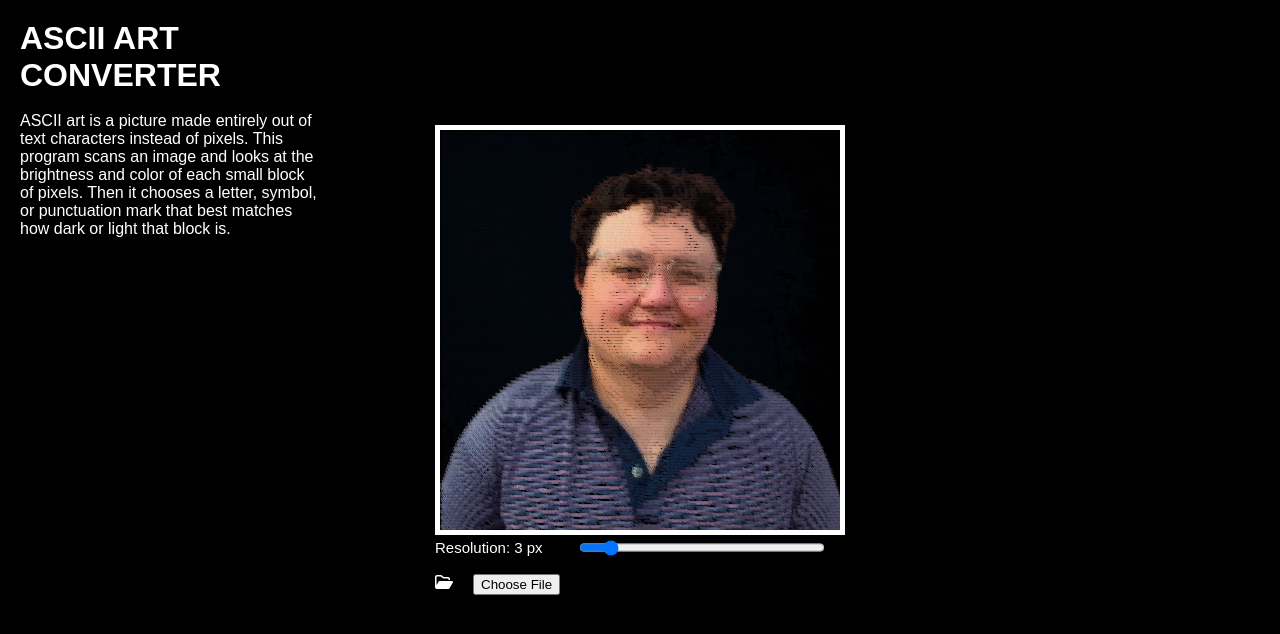
Repository: rosieomusic/ascii-art
Page: index.html
The author's editor kept a copy of each file at every save. The page is drawn from the files as they stood at one save, then again after the next save.
The browser window is 1280 px wide. The pictures show the whole page.
Some web libraries are served in a nearby version.

Above is the page before, as saved 2025-05-06 16:31:27.

### index.html
<!DOCTYPE html>
<html>
	<head>
		<meta charset="UTF-8" />
		<meta
			http-equiv="X-UA-Compatible"
			content="IE-edge"
		/>
		<title>ASCII CONVERTER</title>
		<link
			rel="stylesheet"
			href="styles.css"
		/>
		<script
			src="https://kit.fontawesome.com/56e0d45a0e.js"
			crossorigin="anonymous"
		></script>
	</head>
	<body>
		<div class="container">
			<canvas id="canvas1"></canvas>
			<div class="controls">
				<label
					for="resolution"
					id="resolutionLabel"
					>Resolution 5 px</label
				>
				<input
					type="range"
					id="resolution"
					name="resolution"
					min="1"
					max="20"
					value="3"
				/>
			</div>
			<br />
			<div id="upload">
				<i class="fa-regular fa-folder-open"></i>
				<input
					type="file"
					id="imageUpload"
					accept="image/*"
				/>
				<pre id="ascii-output"></pre>
				<canvas
					id="canvas2"
					style="display: none"
				></canvas>
			</div>
		</div>
		<div id="explaination">
			<h1>ASCII ART CONVERTER</h1>
			<br />
			<p>
				ASCII art is a picture made entirely out of text characters instead of
				pixels. This program scans an image and looks at the brightness and
				color of each small block of pixels. Then it chooses a letter, symbol,
				or punctuation mark that best matches how dark or light that block is.
			</p>
			<br />
			<p></p>
		</div>

		<script src="script.js"></script>
	</body>
</html>

### styles.css
* {
	margin: 0;
	padding: 0;
	/* box-sizing: border-box; */
}
body {
	background: black;
}
.container {
	position: absolute;
	top: 50%;
	left: 50%;
	transform: translate(-50%, -50%);
}
#canvas1 {
	border: 5px solid white;
}
.controls {
	display: flex;
}
.controls > input {
	width: 60%;
}
.controls > label {
	font-family: Arial, Helvetica, sans-serif;
	width: 35%;
	color: white;
	font-size: 15px;
}
i {
	color: white;
	margin-right: 20px;
}
#upload {
	display: flex;
}
button {
	border-radius: 20px;
}

#explaination {
	font-family: Arial, Helvetica, sans-serif;
	margin: 20px;
	width: 300px;
	color: white;
}

### script.js
const inputSlider = document.getElementById('resolution');
const inputLabel = document.getElementById('resolutionLabel');
const canvas = document.getElementById('canvas1');
const ctx = canvas.getContext('2d');

const image1 = new Image();
image1.src = 'img/roseomalleyheadshotblack.png';
inputSlider.addEventListener('change', handleSlider);

const imageUpload = document.getElementById('imageUpload');

imageUpload.addEventListener('change', function (event) {
	const file = event.target.files[0];
	if (!file) return;

	const reader = new FileReader();
	reader.onload = function (e) {
		image1.src = e.target.result; // This re-triggers image1.onload
	};
	reader.readAsDataURL(file);
});

class Cell {
	constructor(x, y, symbol, color, size) {
		this.x = x;
		this.y = y;
		this.symbol = symbol;
		this.color = color;
		this.size = size;
		//this.padding = this.size * 0.2;
	}
	draw(ctx) {
		ctx.font = `${this.size * 2}px Courier New`;
		//ctx.fillStyle = 'yellow';
		ctx.fillText(this.symbol, this.x + 1, this.y + 1, +this.size);

		ctx.fillStyle = this.color;
		ctx.fillText(this.symbol, this.x, this.y, this.size);
		ctx.textBaseline = 'top';
	}
}
class AsciiEffect {
	#imageCellArray = [];
	#pixels = [];
	#ctx;
	#width;
	#height;
	constructor(ctx, width, height) {
		this.#ctx = ctx;
		this.#width = width;
		this.#height = height;
		this.#ctx.drawImage(image1, 0, 0, this.#width, this.#height);
		this.#pixels = this.#ctx.getImageData(0, 0, this.#width, this.#height);
		//console.log(this.#pixels.data);
	}
	#convertToSymbol(g) {
		// @#W$9876543210?!abc;:+=-,._
		// .,:ilwW"
		// '$@B%8&WM#*oahkbdpqwmZO0QLCJUYXzcvunxrjft/|()1{}[]?-_+~<>i!lI;:,"^`'
		//`^",:;Il!i><~+_-?][}{1)(|/tfjrxnuvczXYUJCLQ0OZmwqpdbkhao*#MW&8%B@$

		const asciiGradient =
			' .`^",:;Il!i><~+_-?][}{1)(|/tfjrxnuvczXYUJCLQ0OZmwqpdbkhao*#MW&8%B@$';

		const index = Math.floor((g / 255) * (asciiGradient.length - 1));
		return asciiGradient[index];
	}

	#scanImage(cellSize) {
		this.#imageCellArray = [];
		const stepX = Math.floor(cellSize * 0.6);
		const stepY = cellSize;
		for (let y = 0; y < this.#pixels.height; y += stepY) {
			for (let x = 0; x < this.#pixels.width; x += stepX) {
				if (x >= this.#pixels.width || y >= this.#pixels.height) continue;
				const posX = x * 4;
				const posY = y * 4;
				const pos = (y * this.#pixels.width + x) * 4;

				if (this.#pixels.data[pos + 3] > 128) {
					const red = this.#pixels.data[pos];
					const green = this.#pixels.data[pos + 1];
					const blue = this.#pixels.data[pos + 2];
					const grayscale = 0.2126 * red + 0.7152 * green + 0.0722 * blue;

					//const color = 'yellow';
					//const color = grayscale > 110 ? 'white' : 'black';
					const total = red + green + blue;
					const averageColorValue = total / 3;
					const color = `rgb(${red}, ${green}, ${blue})`;
					const symbol = this.#convertToSymbol(averageColorValue);
					if (symbol)
						this.#imageCellArray.push(new Cell(x, y, symbol, color, cellSize));
				}
			}
		}
		//console.log(this.#imageCellArray);
	}
	#drawAscii() {
		this.#ctx.clearRect(0, 0, this.#width, this.#height);
		for (let i = 0; i < this.#imageCellArray.length; i++) {
			this.#imageCellArray[i].draw(this.#ctx);
		}
	}
	draw(cellSize) {
		this.#scanImage(cellSize);
		this.#drawAscii();
	}
}
let effect;
function handleSlider() {
	//console.log('Slider value: ', inputSlider.value);
	if (inputSlider.value == 1) {
		inputLabel.innerHTML = 'Original Image';
		ctx.drawImage(image1, 0, 0, canvas.width, canvas.height);
	} else {
		inputLabel.innerHTML = 'Resolution: ' + inputSlider.value + ' px';
		ctx.font = parseInt(inputSlider.value) * 2 + 'px Courier New';
		effect.draw(parseInt(inputSlider.value));
	}
}
image1.onload = function initialize() {
	//console.log('Image loaded: ', image1.src);
	//console.log('Image dimiensions: ', image1.width, image1.height);
	const maxDimension = 550;

	let scale = Math.min(
		maxDimension / image1.width,
		maxDimension / image1.height,
		1
	);

	const scaledWidth = image1.width * scale;
	const scaledHeight = image1.height * scale;
	canvas.width = scaledWidth;
	canvas.height = scaledHeight;

	ctx.clearRect(0, 0, canvas.width, canvas.height);
	ctx.drawImage(image1, 0, 0, scaledWidth, scaledHeight);

	effect = new AsciiEffect(ctx, scaledWidth, scaledHeight);
	//effect.draw(parseInt(inputSlider.value));

	const base64Image = canvas.toDataURL(image1);
	//console.log('Base64 image:', base64Image);

	handleSlider();
};
const string =
	'$@B%8&WM#*oahkbdpqwmZO0QLCJUYXzcvunxrjft/|()1{}[]?-_+~<>i!lI;:,"^`';

function reverseString(str) {
	const reversed = str.split('').reverse().join('');
	console.log(reversed);
	return reversed;
}

reverseString(string);

After the next save:
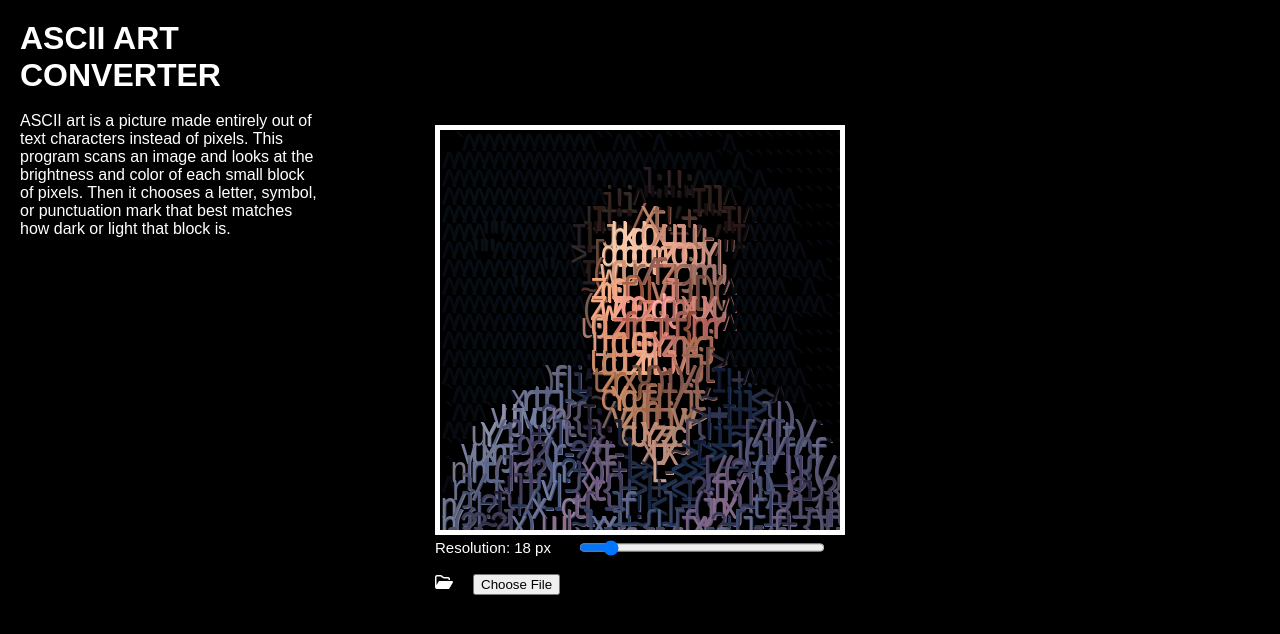
Saved 2 min 12 s later.
--- a/script.js
+++ b/script.js
@@ -109,16 +109,22 @@
 }
 let effect;
 function handleSlider() {
-	//console.log('Slider value: ', inputSlider.value);
-	if (inputSlider.value == 1) {
+	const maxSlider = parseInt(inputSlider.max); // e.g., 20
+	const minSlider = parseInt(inputSlider.min); // e.g., 1
+	const currentValue = parseInt(inputSlider.value);
+
+	const invertedValue = maxSlider - currentValue + minSlider; // reverse scale
+
+	if (currentValue == minSlider) {
 		inputLabel.innerHTML = 'Original Image';
 		ctx.drawImage(image1, 0, 0, canvas.width, canvas.height);
 	} else {
-		inputLabel.innerHTML = 'Resolution: ' + inputSlider.value + ' px';
-		ctx.font = parseInt(inputSlider.value) * 2 + 'px Courier New';
-		effect.draw(parseInt(inputSlider.value));
+		inputLabel.innerHTML = 'Resolution: ' + invertedValue + ' px';
+		ctx.font = invertedValue * 2 + 'px Courier New';
+		effect.draw(invertedValue);
 	}
 }
+
 image1.onload = function initialize() {
 	//console.log('Image loaded: ', image1.src);
 	//console.log('Image dimiensions: ', image1.width, image1.height);

After the save that followed:
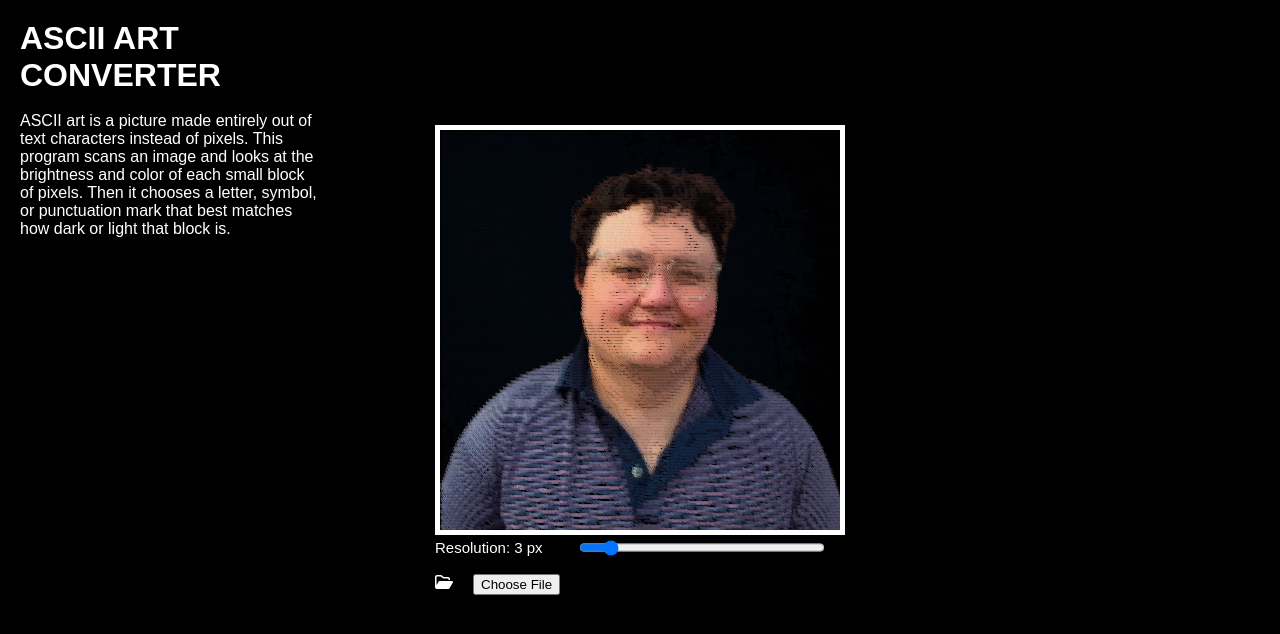
Saved 54 s later.
--- a/script.js
+++ b/script.js
@@ -109,22 +109,16 @@
 }
 let effect;
 function handleSlider() {
-	const maxSlider = parseInt(inputSlider.max); // e.g., 20
-	const minSlider = parseInt(inputSlider.min); // e.g., 1
-	const currentValue = parseInt(inputSlider.value);
-
-	const invertedValue = maxSlider - currentValue + minSlider; // reverse scale
-
-	if (currentValue == minSlider) {
+	//console.log('Slider value: ', inputSlider.value);
+	if (inputSlider.value == 1) {
 		inputLabel.innerHTML = 'Original Image';
 		ctx.drawImage(image1, 0, 0, canvas.width, canvas.height);
 	} else {
-		inputLabel.innerHTML = 'Resolution: ' + invertedValue + ' px';
-		ctx.font = invertedValue * 2 + 'px Courier New';
-		effect.draw(invertedValue);
+		inputLabel.innerHTML = 'Resolution: ' + inputSlider.value + ' px';
+		ctx.font = parseInt(inputSlider.value) * 2 + 'px Courier New';
+		effect.draw(parseInt(inputSlider.value));
 	}
 }
-
 image1.onload = function initialize() {
 	//console.log('Image loaded: ', image1.src);
 	//console.log('Image dimiensions: ', image1.width, image1.height);
